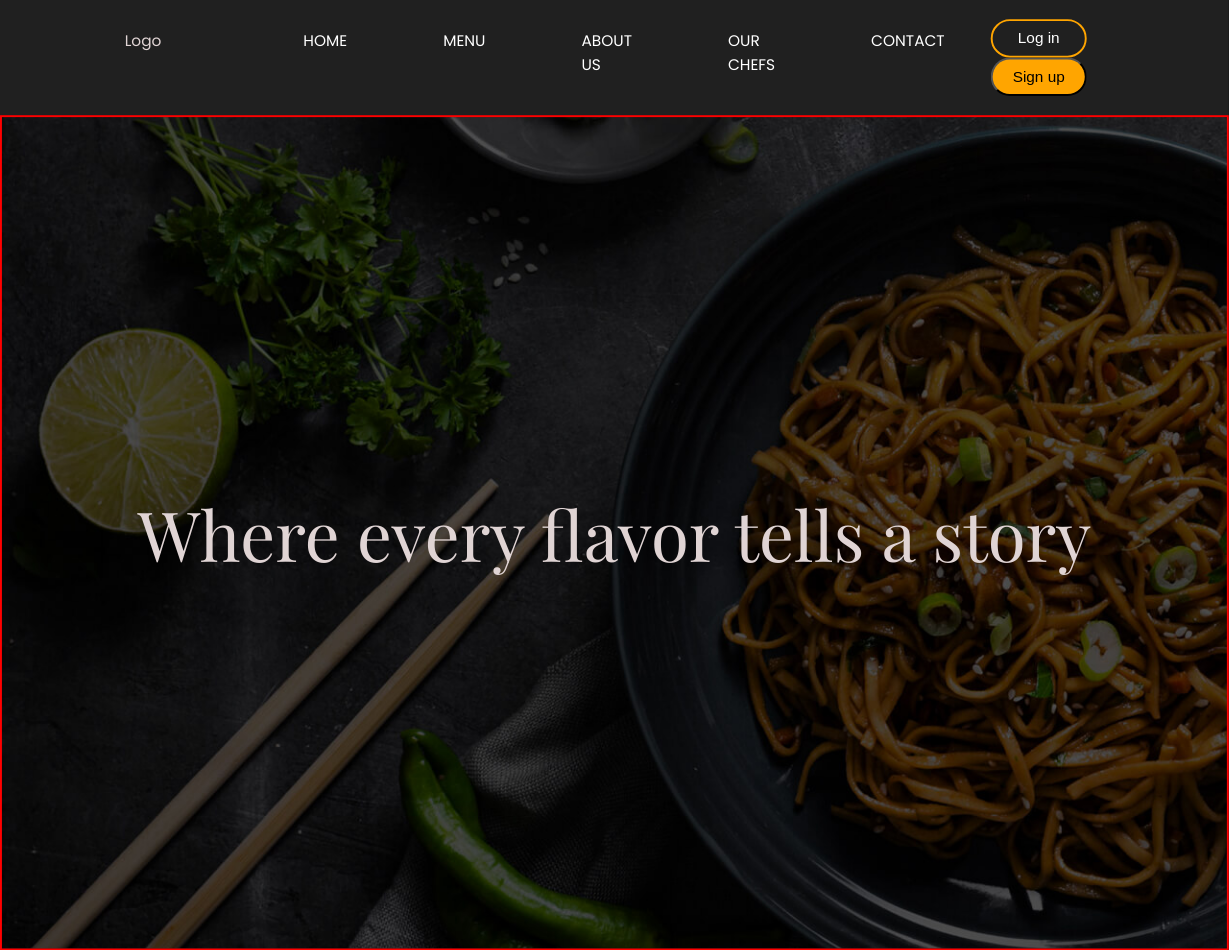
Repository: ThisIsSahaj/NSP
Page: index.html
An editor plug-in stored every save of this project. The page is shown before and after the next save, followed by the edit.
The browser window is 1280 px wide. The pictures show the whole page, at 96% of full size.

Above is the page before, as saved 2023-11-06 13:53:37.

### index.html
<!DOCTYPE html>
<html lang="en">
<head>
    <meta charset="UTF-8">
    <meta http-equiv="X-UA-Compatible" content="IE=edge">
    <meta name="viewport" content="width=device-width, initial-scale=1.0">
    <title>Hungy</title>
    <link rel="stylesheet" href="style.css">
</head>
<body>
    <header>

        <nav class="nav">
            <div class="logo">
                Logo
            </div>
            <div class="menu">
                <ul>
                   <a href=""> <li>Home</li> </a>
                   <a href=""> <li>Menu</li> </a>
                   <a href=""> <li>About Us</li> </a>
                   <a href=""> <li>Our Chefs</li> </a>
                   <a href=""> <li>Contact</li> </a>
            </ul>
        </div>
        <div class="button">
            <button class="login">Log in</button>
            <button class="signup">Sign up</button>
        </div>
    </nav>
</header>

<div class="sec1">
    Where every flavor tells a story
</div>
</body>
</html>

### style.css
@import url('https://fonts.googleapis.com/css2?family=Poppins:wght@300;400;500;600;700&family=Roboto:wght@100;300;400;500;700;900&display=swap');

@import url('https://fonts.googleapis.com/css2?family=Playfair+Display:wght@400;500;600;700;800;900&family=Poppins:wght@300;400;500;600;700&family=Roboto:wght@100;300;400;500;700;900&display=swap');


*{
    margin: 0px;
    padding: 0px;
    box-sizing: border-box;

}

body{
    background-color: #0F0F0F;
    font-family: 'Poppins', sans-serif;
    color: rgb(224, 212, 212);
}

header{
    margin-top: 0px;
    background-color: #202020;
    padding: 20px;
}
nav{
    display: flex;
    flex-direction: row;
    justify-content: space-around;
}

ul {
    display: flex;
    flex-direction: row;
    list-style: none;
    /* border: 2px solid green; */
}
a {
    color: #fff;
    text-transform: uppercase;
    text-decoration: none;
    /* letter-spacing: 0.15em;      */
    /* display: inline-block; */
    /* padding: 15px 20px; */
    position: relative;
    /* border: 2px solid red; */
}
a:after {
    background: none repeat scroll 0 0 transparent;
    bottom: 0;
    content: "";
    display: block;
    height: 2px;
    left: 50%;
    position: absolute;
    background: #fff;
    transition: width 0.3s ease 0s, left 0.3s ease 0s;
    width: 0;
    margin-bottom: 10px;
}

a:hover:after {
    width: 100%;
    left: 0;
    background-color:orange;
}


.logo{
    width: 20%;
    margin: 10px;
    display: flex;
    justify-content: center;
    /* border: 2px solid hotpink; */

}
.menu ul li{
    margin: 10px 50px;

}

.menu{
    width: 60%;
    display: flex;
    justify-content: center;
    /* border: 2px solid blue; */

}
.button{
    width: 20%;
    /* border: 2px solid hotpink; */
}
button {
    height: 40px;
    width: 100px;
    margin: 0px 10px;
    border-radius: 50px;
    background-color: orange;
    font-size: 16px;
    cursor: pointer;
}
.login{
border: 2px solid orange;
background-color: transparent;
color: white;

}

.login:hover {
    background-color: orange;
    color: black;
}

.signup:hover{
    background-color: transparent;
    color: white;
    border: 2px solid orange;
}


.sec1{
    border: 2px solid red;
    height: 870px;
    width: 100%;
    background-image: url("assets/images/hero-slider-1.jpg");

    display: flex;
    justify-content: center;
    align-items: center;
    font-size: 72px;
    font-family: "Playfair Display";
}

After the next save:
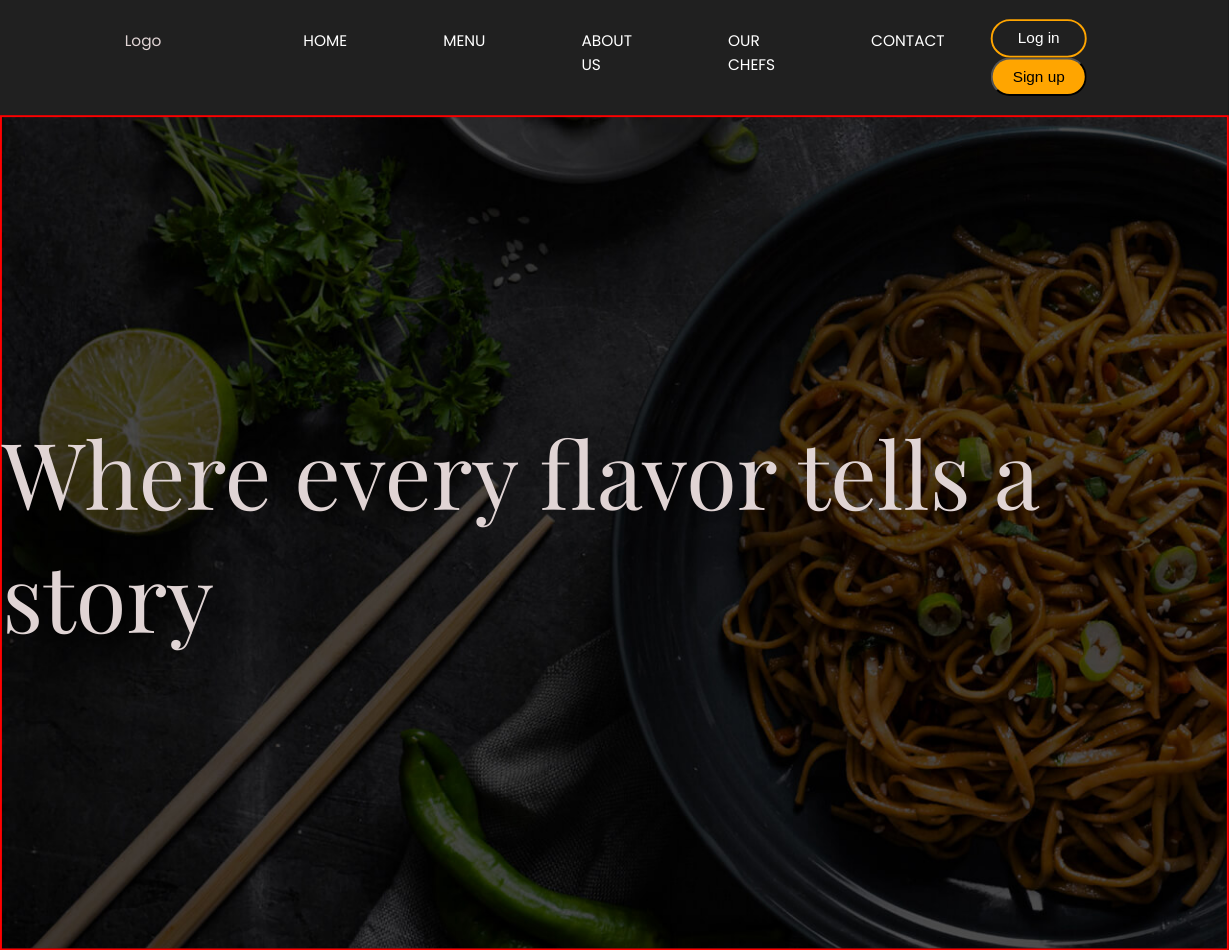
Saved 9 s later.
--- a/style.css
+++ b/style.css
@@ -125,6 +125,6 @@ color: white;
     display: flex;
     justify-content: center;
     align-items: center;
-    font-size: 72px;
+    font-size: 96px;
     font-family: "Playfair Display";
 }
